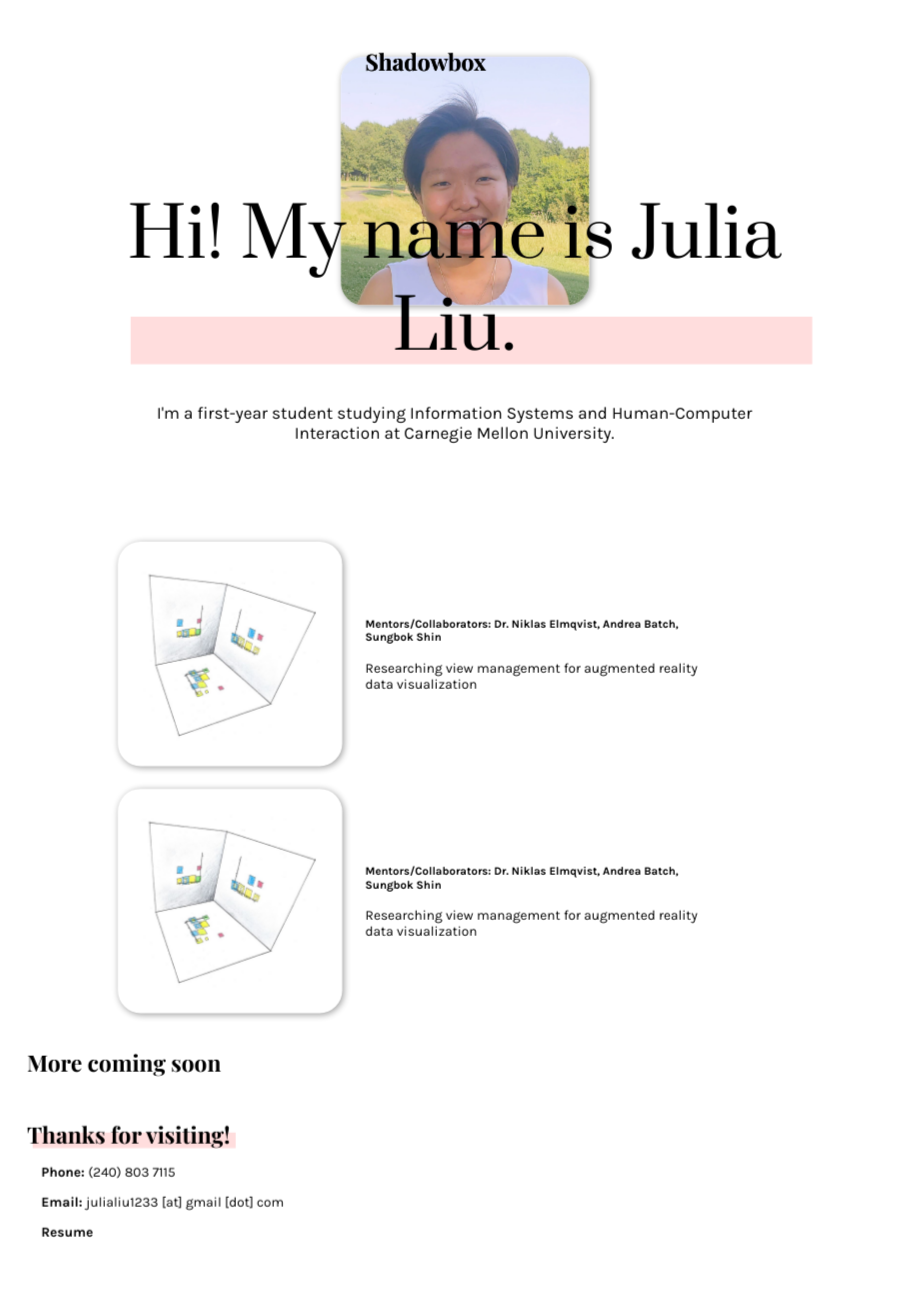
Repository: liu-julia/liu-julia.github.io
Page: index.html
These files come from the project's save history. The page is drawn as it stood at one moment and after the next save; the edit follows.
The browser window is 1280 px wide. The pictures show the whole page, at 71% of full size.

Above is the page before, as saved 2022-04-28 11:27:15.

After the next save:
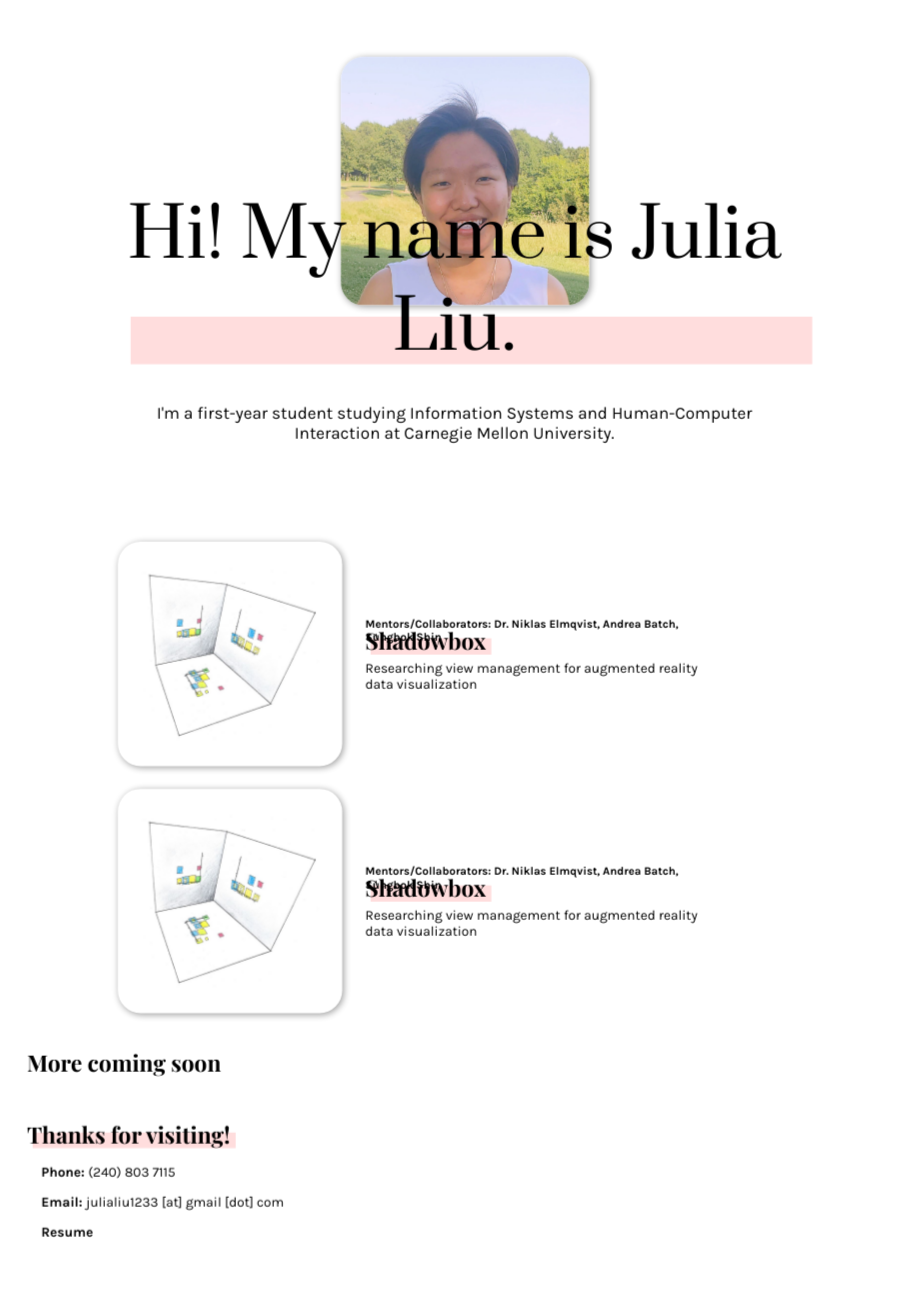
Saved 7 s later.
--- a/css/styles.css
+++ b/css/styles.css
@@ -224,5 +224,4 @@ body {
 }
 .project-text h3.highlighted {
     position: absolute;
-    top: 1em;
-}
+}

After the save that followed:
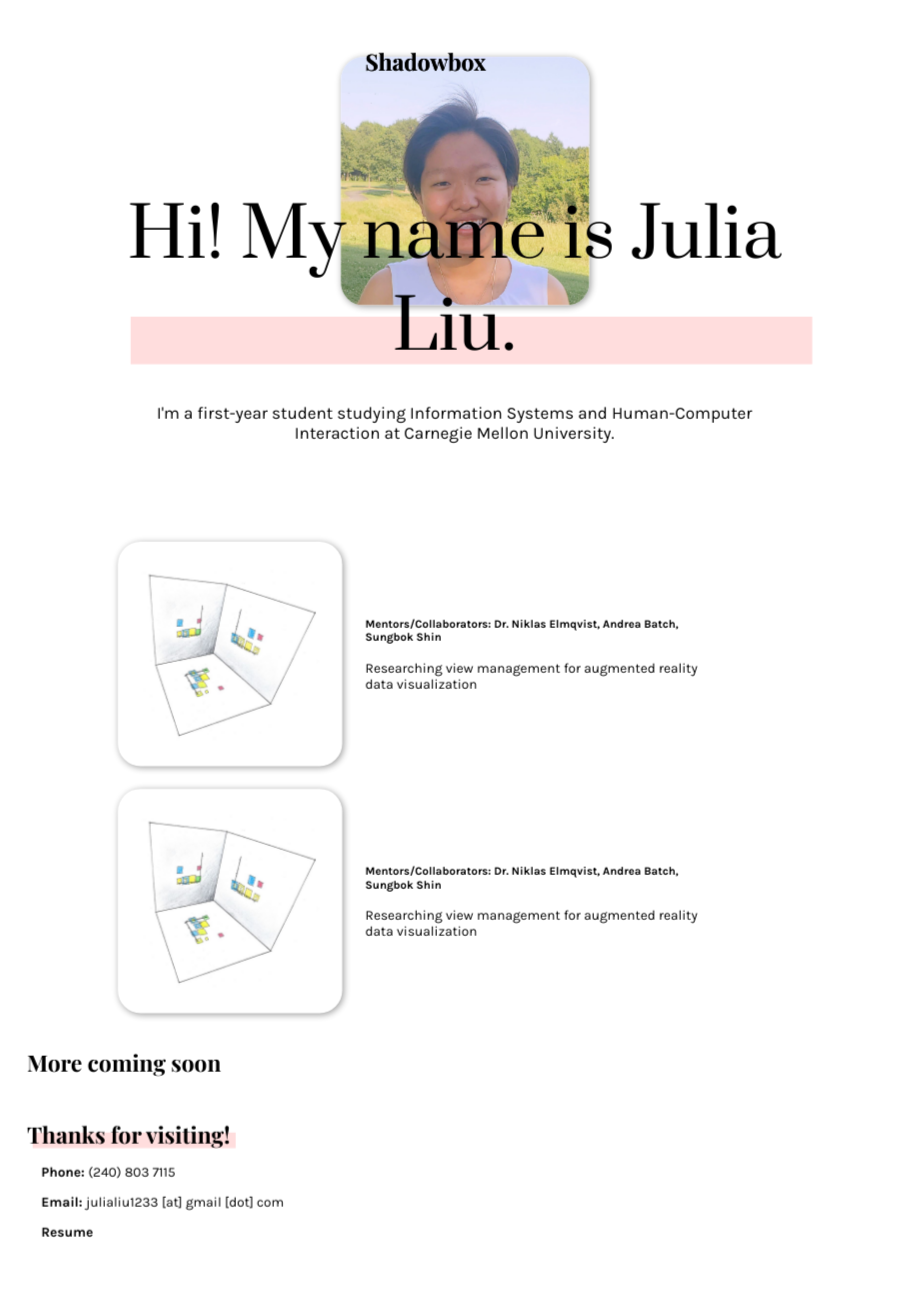
Saved 8 s later.
--- a/css/styles.css
+++ b/css/styles.css
@@ -224,4 +224,5 @@ body {
 }
 .project-text h3.highlighted {
     position: absolute;
-}
+    top: 1em;
+}
